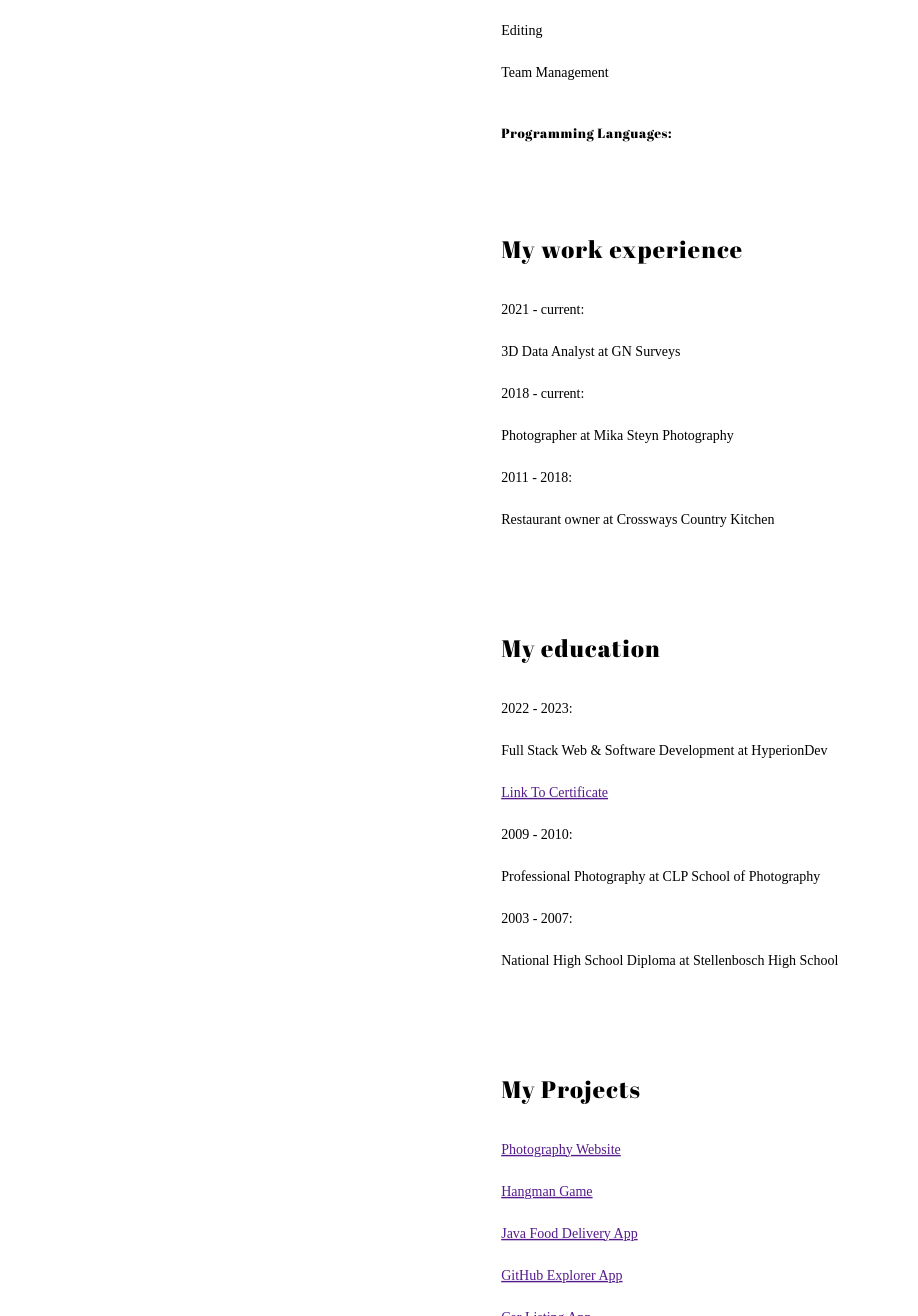
Repository: mikasteyn999/My-CV-Website
Page: index.html
An editor plug-in stored every save of this project. The page is shown before and after the next save, followed by the edit.
The browser window is 1280 px wide. The page is 1312 px wide, so the pictures cover 1312 px, including what lies to the right of the window. The pictures show the part of the page from y = 1647 to 3527 px (the page is 4155 px tall before and 4242 px after), at 70% of full size.
Some web fonts or font styles are not loaded; a fallback is used.

Above is the page before, as saved 2023-06-04 12:39:50.

After the next save:
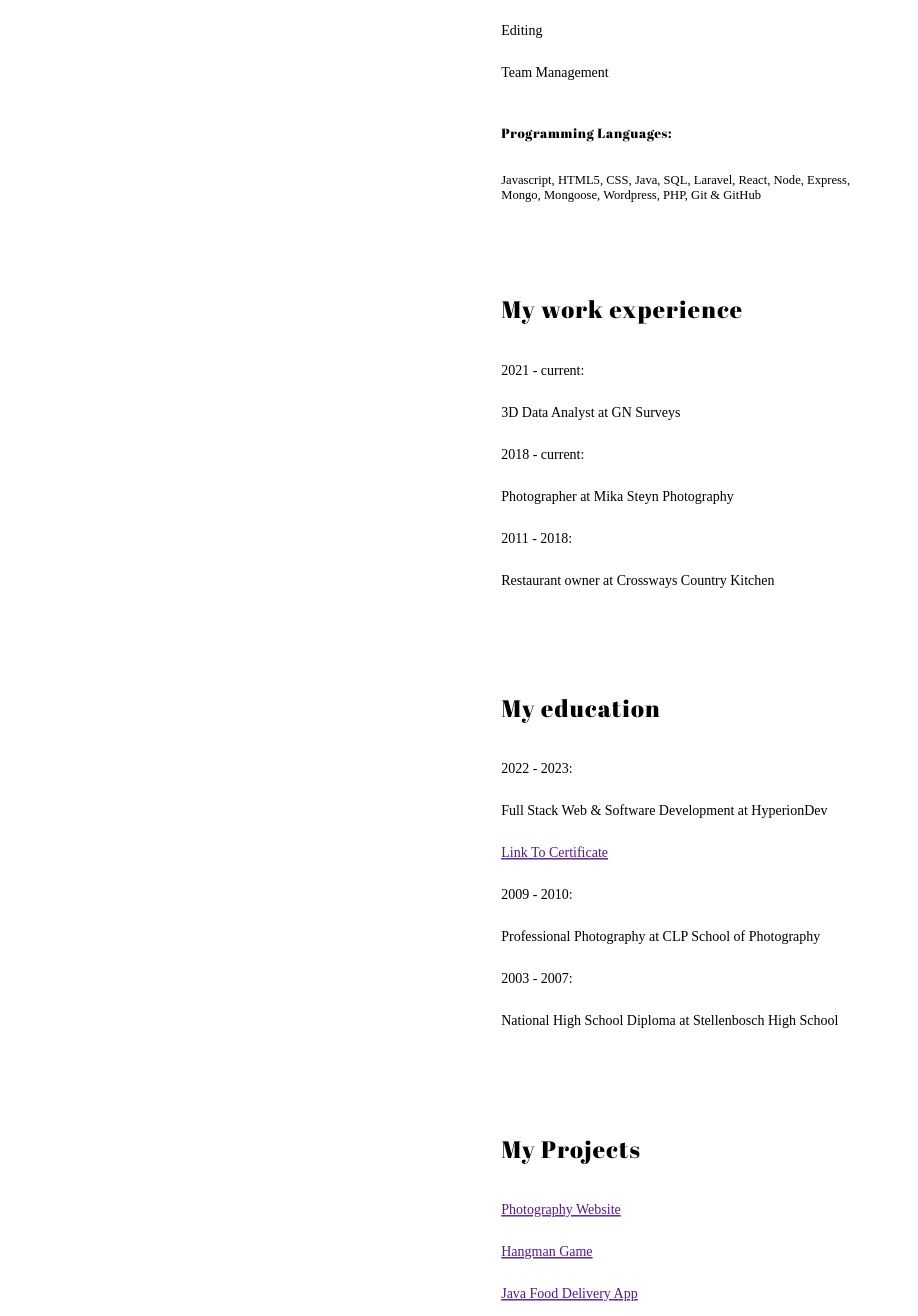
Saved 44 s later.
--- a/index.html
+++ b/index.html
@@ -52,6 +52,7 @@
                         <li>Team Management</li>
                     </ul>
                     <h6>Programming Languages:</h6>
+                    <p>Javascript, HTML5, CSS, Java, SQL, Laravel, React, Node, Express, Mongo, Mongoose, Wordpress, PHP, Git & GitHub</p>
                 </section>
                 <!-- WORK EXPERIENCE -->
                 <section id="work">
